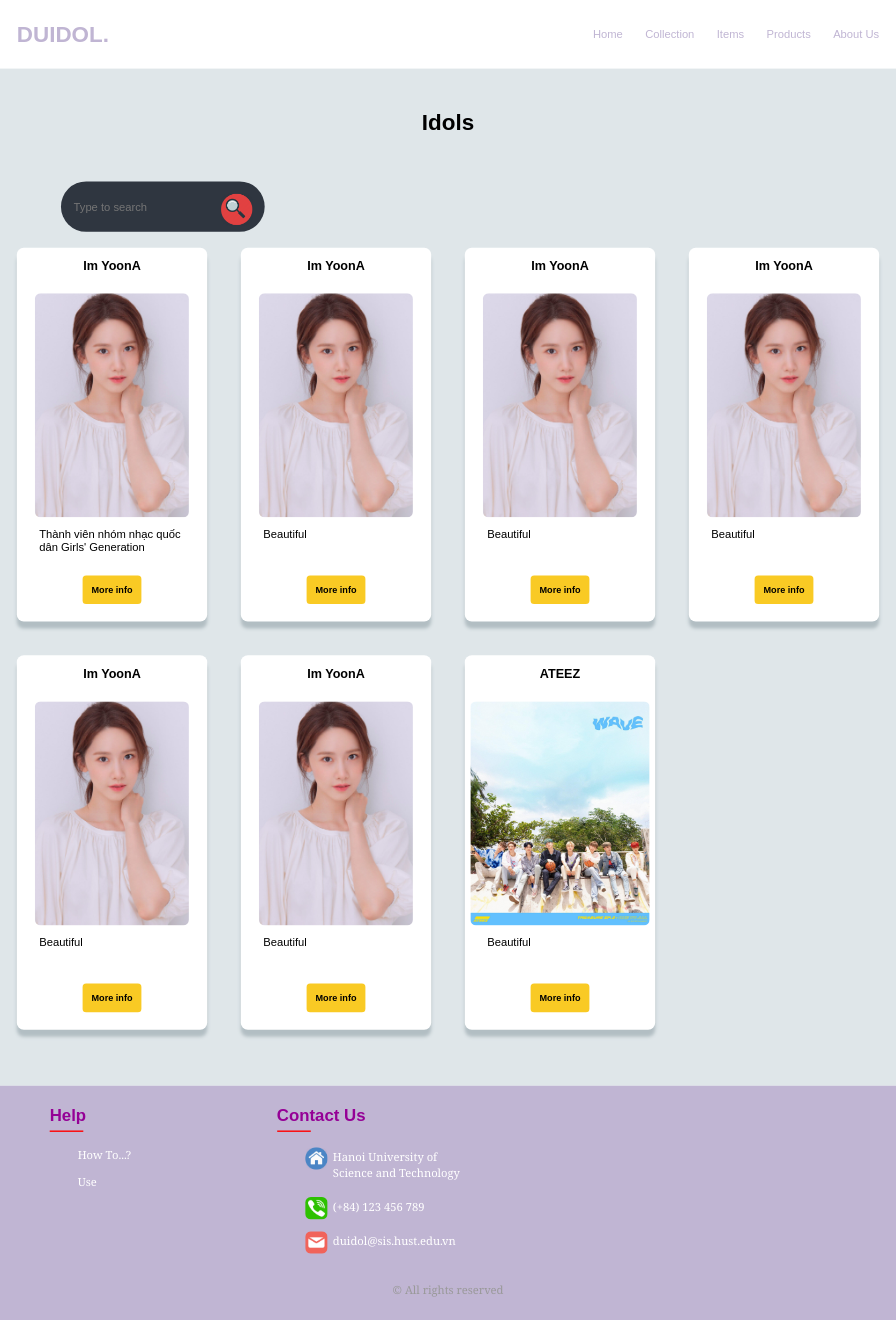
Repository: hangvtt183524/Cong_nghe_Web_va_dich_vu_truc_tuyen_20202
Page: ProjectWeb/src/View/html/idol_list.html
The author's editor kept a copy of each file at every save. The page is drawn from the files as they stood at one save, then again after the next save.
The browser window is 1280 px wide. The pictures show the whole page, at 70% of full size.

Above is the page before, as saved 2021-05-06 16:44:24.

### ProjectWeb/src/View/html/idol_list.html
<html>
	<head>
		<title>Idol List</title>
		<link rel="stylesheet" href="../css/idol_list.css">
		<link rel="stylesheet" href="../css/welcome_page.css">
	</head>
	<body>
		<header>
			<a href="" class="logo">DUIDOL.</a>
            <ul class="navigation">
                <li><a href="">Home</a></li>
                <li><a href="">Collection</a></li>
                <li><a href="">Items</a></li>
                <li><a href="">Products</a></li>
                <li><a href="">About Us</a></li>
            </ul>
		</header>
		<section class="idol-list">
			<div>
				<h1 class="align-center">Idols</h1>
			</div>
			<div class="container1">
				<div class="search-box">
				<input class="search-txt" type="text" name="" placeholder="Type to search">
				<img src="../image/search-icon.png">
				<a class="search-btn" href="#"></a>
			</div>
			</div>
			<div class="idol-container">
				<div class="card">
					<div class="name">Im YoonA</div>
					<div class="image">
						<img src="../image/yoona.jpg">
					</div>
					<div class="textblock">
					<div class="text">Thành viên nhóm nhạc quốc dân Girls' Generation</div>
					</div>
					<div>
						<div class="btnblock">
						<a href="../html/info.html" class="info-button">More info</a>
						</div>
					</div>
				</div>



				<div class="card">
					<div class="name">Im YoonA</div>
					<div class="image">
						<img src="../image/yoona.jpg">
					</div>
					<div class="textblock">
					<div class="text">Beautiful</div>
					</div>

					<div>
						<div class="btnblock">
						<a href="../html/info.html" class="info-button">More info</a>
						</div>
					</div>
				</div>



				<div class="card">
					<div class="name">Im YoonA</div>
					<div class="image">
						<img src="../image/yoona.jpg">
					</div>
					<div class="textblock">
					<div class="text">Beautiful</div>
					</div>
					<div>
						<div class="btnblock">
						<a href="../html/info.html" class="info-button">More info</a>
						</div>
					</div>
				</div>

				<div class="card">
					<div class="name">Im YoonA</div>
					<div class="image">
						<img src="../image/yoona.jpg">
					</div>
					<div class="textblock">
					<div class="text">Beautiful</div>
					</div>
					<div>
						<div class="btnblock">
						<a href="../html/info.html" class="info-button">More info</a>
						</div>
					</div>
				</div>

				<div class="card">
					<div class="name">Im YoonA</div>
					<div class="image">
						<img src="../image/yoona.jpg">
					</div>
					<div class="textblock">
					<div class="text">Beautiful</div>
					</div>
					<div>
						<div class="btnblock">
						<a href="../html/info.html" class="info-button">More info</a>
						</div>
					</div>
				</div>

				<div class="card">
					<div class="name">Im YoonA</div>
					<div class="image">
						<img src="../image/yoona.jpg">
					</div>
					<div class="textblock">
					<div class="text">Beautiful</div>
					</div>
					<div>
						<div class="btnblock">
						<a href="../html/info.html" class="info-button">More info</a>
						</div>
					</div>
				</div>

				<div class="card">
					<div class="name">ATEEZ</div>
					<div class="image">
						<img src="../image/ateez-list.jpg">
					</div>
					<div class="textblock">
					<div class="text">Beautiful</div>
					</div>
					<div>
						<div class="btnblock">
						<a href="../html/info.html" class="info-button">More info</a>
						</div>
					</div>
				</div>

			</div>
		</section>
		<footer>
			<div class="container">
				<div class="row">
					<div class="footer-col">
						<h4>Help</h4>
						<ul>
							<li><a href="">How to...?</a>
							<li><a href="">Use</a>
						</ul>
					</div>
					<div class="footer-col">
						<h4>Contact us</h4>
						<ul>
							<li><img src="../image/address_icon.jpg">
							<p>Hanoi University of <br>Science and Technology</p>
							<li><img src="../image/phone_icon.png">
							<p>(+84) 123 456 789</p>
							<li><img src="../image/mail_icon.png">
							<p>duidol@sis.hust.edu.vn</p>
						</ul>
					</div>
				</div>
				<div class="copyrightText"><p>© All rights reserved</p></div>
			</div>
		</footer>
	</body>
</html>

### ProjectWeb/src/View/css/idol_list.css
body {
    font-family: sans-serif;
    margin: 0;
}

.idol-list {
	background-color:#dfe6e9;
	padding-bottom: 5em;
    align-items: center;
    padding-top: 2em;
}

h1 {
	font-size: 2em;
	font-weight: bold;
}
.container1 {
	margin-top: 10em;
}
.container1 .search-box {
	position: absolute;
	top: 50%;
	left: 50%;
	transform: translate(-190%, -140%);
	background: #2f3640;
	height: 2.5em;
	border-radius: 3em;
	padding: 1em;
	margin-bottom: 5em;
}
.container1 .search-txt {
	border: none;
	background: none;
	outline: none;
	float: left;
	color: white;
	transition: 0.4s;
	line-height: 40px;
	font-size: 16px;
}
.container1 img {
	width: 3em;
	border-radius: 1em;
}
.idol-list .card {
	background-color: white;
	width: 16em;

	margin: auto;
	border-radius: 10px;
	padding: 1em;
	box-shadow: 0px 10px 5px #b2bec3;
	text-align: center;
	font-family: sans-serif;
	max-width: 75%;
	padding-bottom: 30px;
}
.idol-list .card:hover {
	box-shadow: 15px 15px 15px #b2bec3;
	background: #FFEAFF;
}
.card .name {
	font-size: 18px;
	font-weight: bold;
	padding-bottom: 0.7em;
}

.card .image {
	margin-top: 1em;
	width: 100%;
    height: 20em;
    position: relative;
}
.card .image img {
	max-height: 100%;
	border-radius: 0.5em;
	object-fit: cover;
	position: absolute;
	top: 50%;
    transform: translate(-50%, -50%);
}

.card .textblock {
	height: 4em;
	margin-left: 1em;
	margin-right: 1em;
	margin-top: 1em;
	margin-bottom: 0.5em;
}

.card .textblock .text {
	text-align: left;
	font-size: 1rem;
}

.card .btnblock {
	margin-top: 1em;
	margin-bottom: 0.5em;
}

.info-button {
	background-color: #f9ca24;
	color: black;
	border: none;
	padding: 1em;
	border-radius: 5px;
	font-weight: bold;
	font-size: 13px;
	text-decoration: none;
}

.info-button:hover {
	box-shadow: 0px 5px 5px #b2bec3;
	color: #eb4db4;
}

.idol-container {
	display: grid;
	grid-template-columns: repeat(4, 1fr);
	grid-row-gap: 3em;
}

.align-center {
	text-align: center;
}

footer {
	background-color: #c0b5d3;
	padding: 1em 0;
}

footer .container {
	max-width: 1170px;
	margin: auto;
}

.footer-col {
	width: 25%;
	padding: 0 1em;
}
.footer-col h4 {
	font-size: 1.5em;
	color: #950096;
	text-transform: capitalize;
	position: relative;
	margin-top: 0.5em;
}

.footer-col h4::before {
	content: '';
	position: absolute;
	left: 0;
	bottom: -10px;
	height: 2px;
	background-color: red;
	box-sizing: border-box;
	width: 2em;
}

.footer-col li {
	display: flex;
	margin-bottom: 0.5em;
}
.footer-col ul li a {
	color: white;
	text-transform: capitalize;
	text-decoration: none;
	font-family: Cambria;
	font-size: 1em;
	margin-bottom: 0.5em;
	display: block;
}


.footer-col ul li a:hover {
	color: #700470;
	padding-left: 1em;

}

.footer-col p {
	margin-top: 0.2em;
	font-size: 1em;
	font-family: Cambria;
	color: white;
}
.footer-col img {
	border-radius: 0.5em;
	max-height: 2em;
	margin-right: 0.5em;
}

ul {
	list-style: none;
}

footer .container .h3 {
	color: white;
}

.container .row {
	display: flex;
	flex-wrap: wrap;
}

.copyrightText {
	width: 100%;
	color: #999;
	text-align: center;
	font-family: Cambria;
}

@media only screen and (max-width: 991px){
	.idol-container {
		grid-template-columns: 1fr;
	}
	.card {
        width: 25em;
    }
    .album .image {
        height: 25em;
    }
}

### ProjectWeb/src/View/css/welcome_page.css

body {
    margin: 0;
    font-family: sans-serif;
}
.bg {
    display: grid;
    grid-template-columns: 2fr 1fr;
    background-color: #c0b5d3;
}
.bg2 img {
    width: 100%;
}
.bg1 {
    display: flex;
    justify-content: center;
    align-items: center;
}
.bg1-1 h2 {
    font-size: 5rem;
    line-height: 0.1em;
    font-family: sans-serif;
    color: white;
    position: relative;
    z-index: 1;
}
.bg1-1 h2::before {
    content: ' ';
    position: absolute;
    width: 2.5em;
    height: 0.25em;
    background: #ab91d8;
    bottom: -35;
    z-index: -1;
    margin-left: -0.9em;
}
.bg1-1 p {
    font-size: 3rem;
    color: white;
    position: relative;
    z-index: 1;
}
.bg1-1 p::before {
    content: ' ';
    position: absolute;
    width: 2.5em;
    height: 0.3em;
    background: #ab91d8;
    bottom: 0;
    z-index: -1;
    margin-left: 10em;
}
.bg1-1 p span {
    font-size: 1.5rem;
    display: block;
    font-weight: 500;
}
header {
    background-color: white;
    padding: 1.5em;
    display: flex;
    justify-content: space-between;
    align-items: center;
}
.logo {
    font-weight: bold;
    text-decoration: none;
    font-size: 2em;
    color: #c0b5d3;
}
.navigation {
    display: flex;
    position: relative;
}
.navigation li {
    list-style: none;
    margin-left: 2em;
}
.navigation li a {
    text-decoration: none;
    font-size: 1em;
    color: #c0b5d3;
}

After the next save:
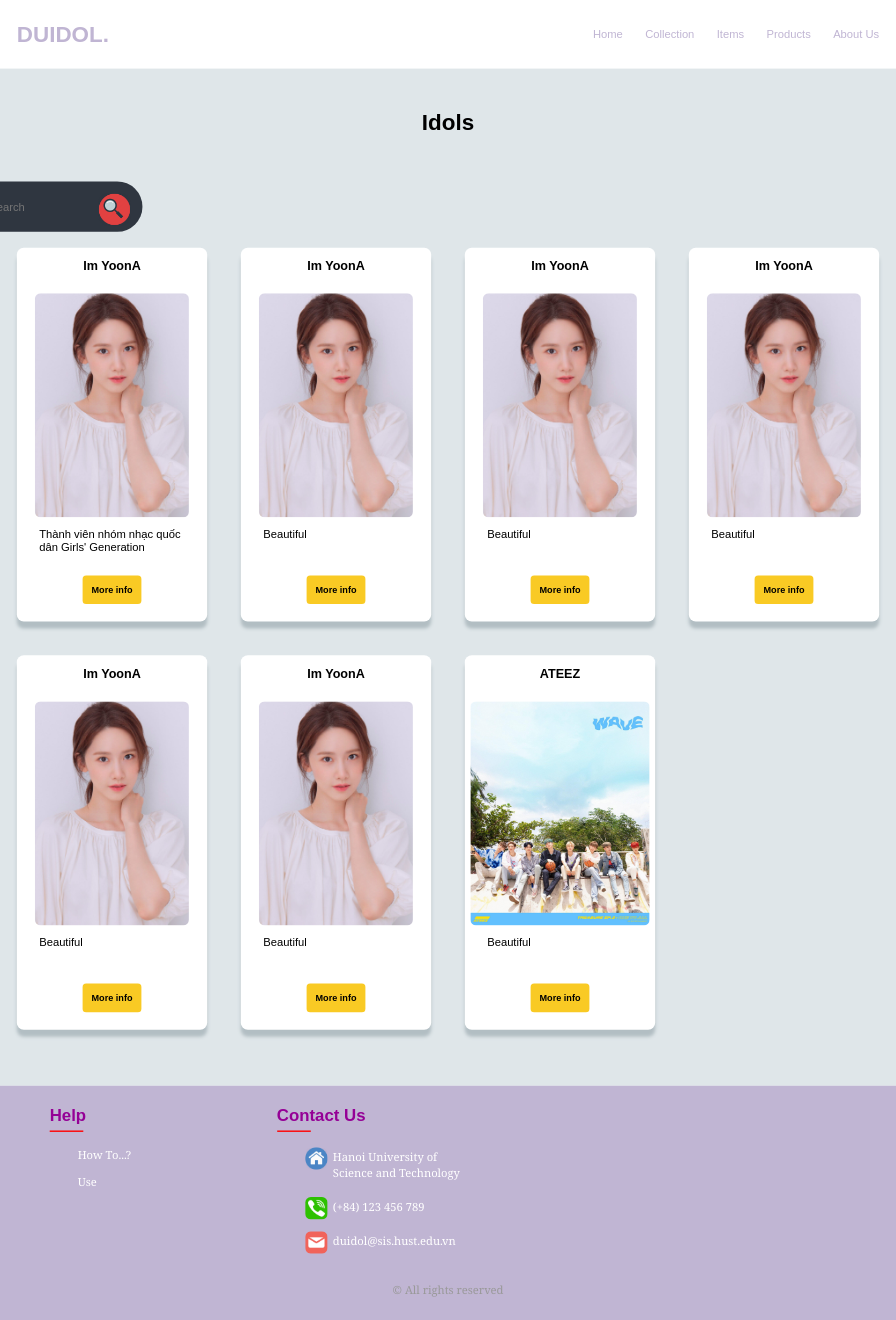
Saved 9 s later.
--- a/ProjectWeb/src/View/css/idol_list.css
+++ b/ProjectWeb/src/View/css/idol_list.css
@@ -21,7 +21,7 @@
 	position: absolute;
 	top: 50%;
 	left: 50%;
-	transform: translate(-190%, -140%);
+	transform: translate(-250%, -140%);
 	background: #2f3640;
 	height: 2.5em;
 	border-radius: 3em;
